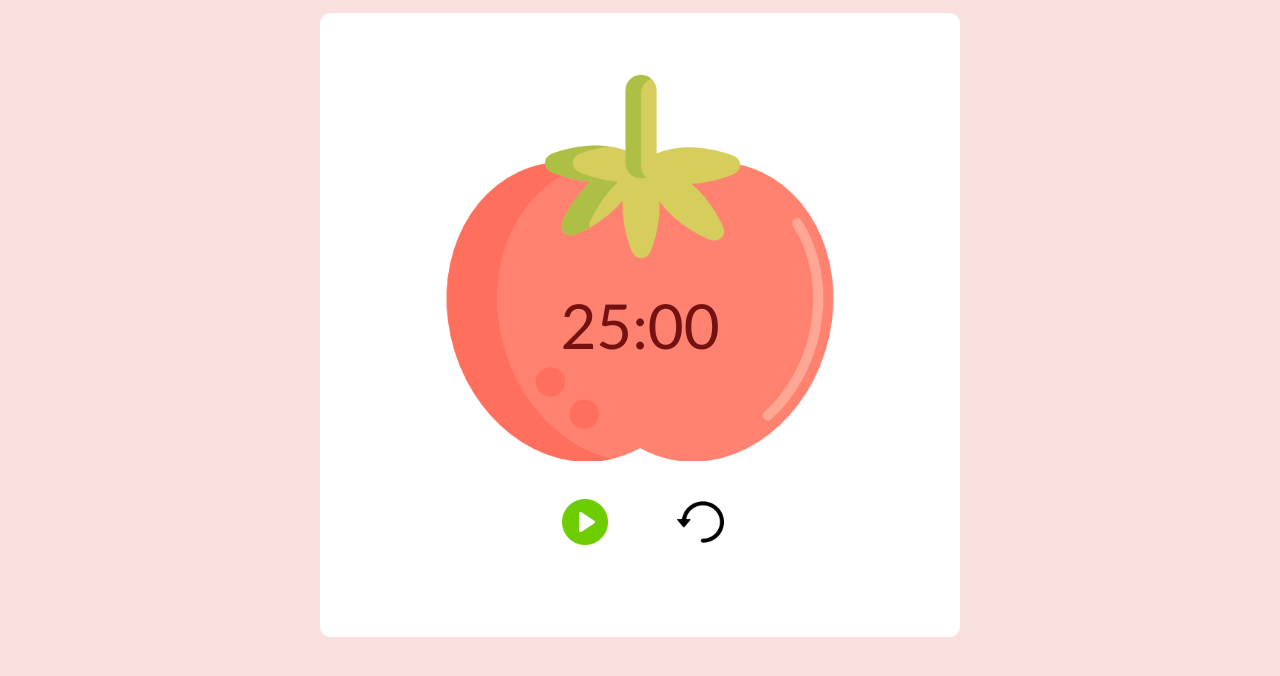
Repository: Dirlandia404/pomodoro
Page: /
The author's editor kept a copy of each file at every save. The page is drawn from the files as they stood at one save, then again after the next save.
The browser window is 1280 px wide. The pictures show the whole page.
The project was rebuilt for these pictures with package versions that can differ from the ones it lists, and the page was loaded fresh each time.

Above is the page before, as saved 2021-11-26 11:14:35.

After the next save:
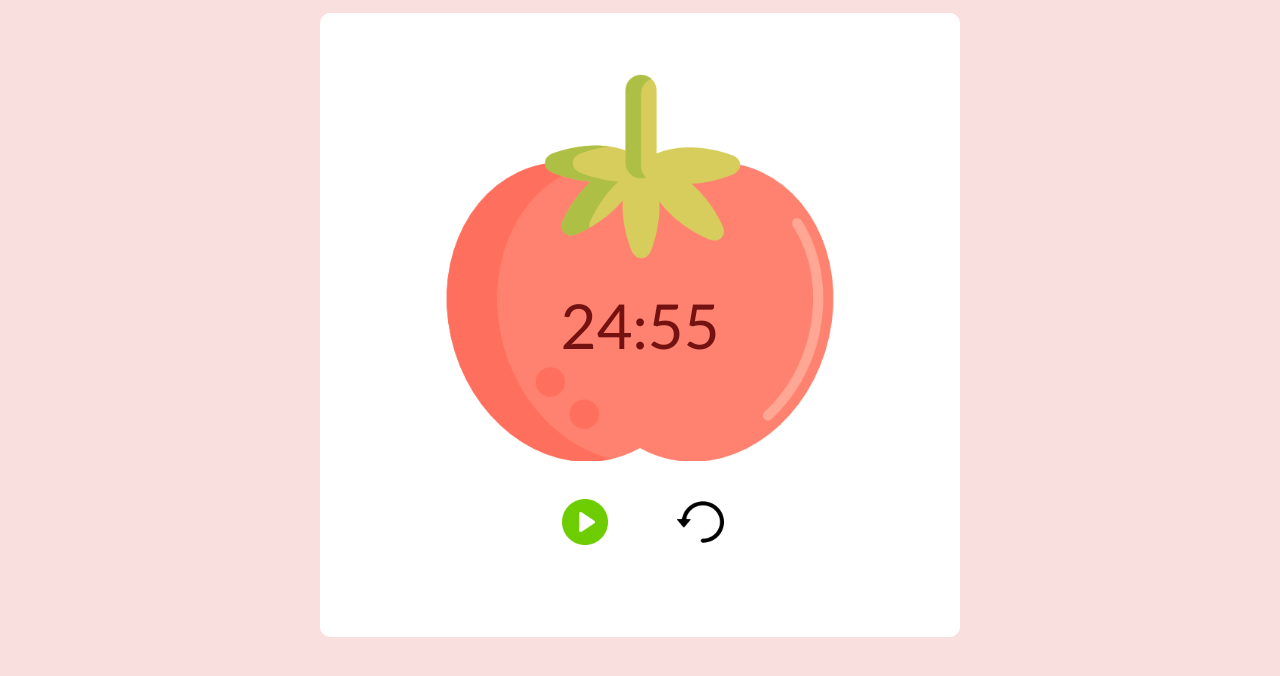
Saved 15 s later.
--- a/src/componentes/Primeiro.jsx
+++ b/src/componentes/Primeiro.jsx
@@ -13,6 +13,8 @@ function Clock(){
 
    useEffect(() =>{
        let interval = setInterval(() => {
+        clearInterval(interval);
+
            if(!pause){
                 if(seconds === 0){
                     if(minutes !== 0){
@@ -28,7 +30,6 @@ function Clock(){
                 }
             }
     }, 1000);
-    clearInterval(interval);
     setInterval(interval);
     }, [seconds]);
 
